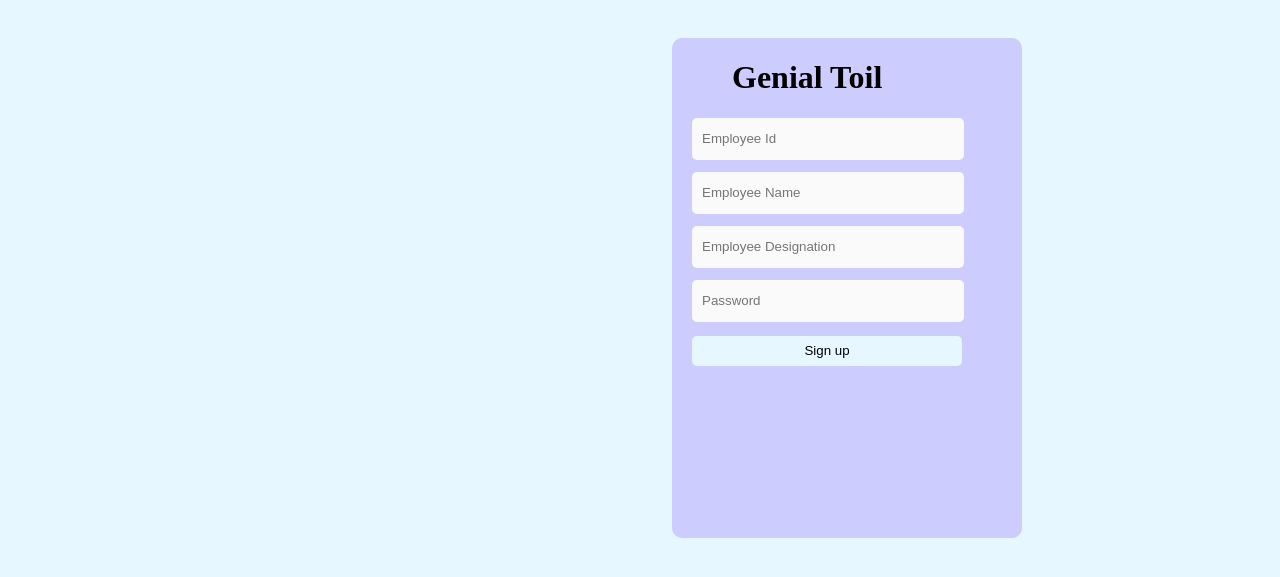
Repository: robin9533/Basic-Programs-App.
Page: GW-Genial Work Proj/GT_GenialToil/WebContent/EmployeeSignup.html
An editor plug-in stored every save of this project. The page is shown before and after the next save, followed by the edit.
The browser window is 1280 px wide. The pictures show the whole page.

Above is the page before, as saved 2019-05-10 10:07:03.

After the next save:
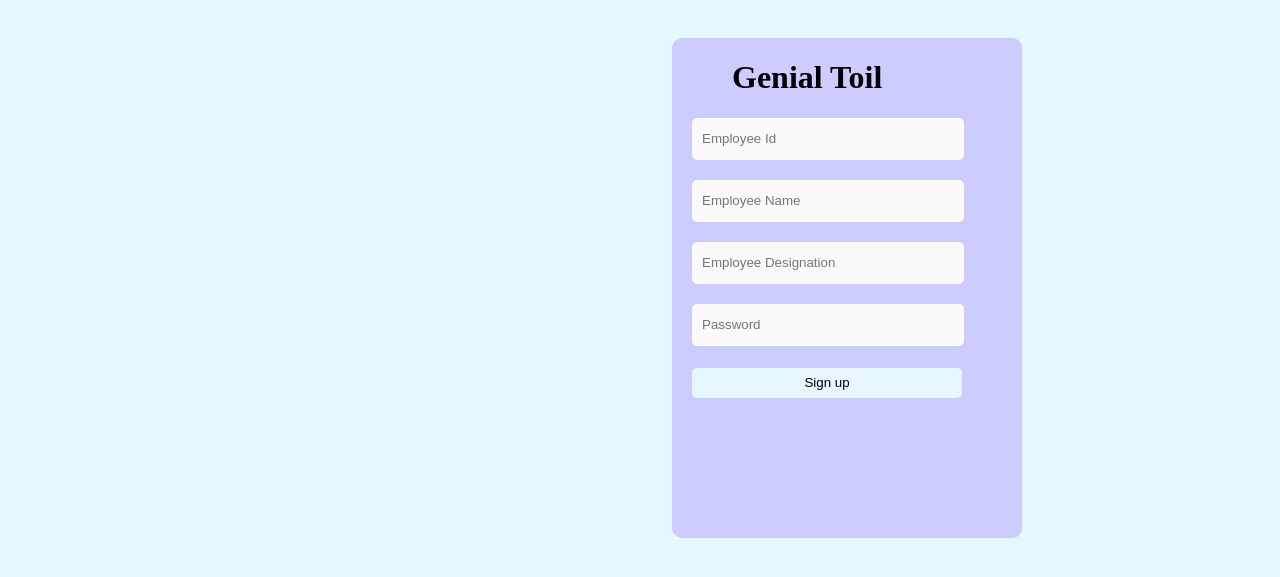
Saved 7 s later.
--- a/GW-Genial Work Proj/GT_GenialToil/WebContent/EmployeeSignup.css
+++ b/GW-Genial Work Proj/GT_GenialToil/WebContent/EmployeeSignup.css
@@ -17,7 +17,7 @@
 .registrationblock input{
 	width: 260px;
 	height:40px;
-	margin-bottom:12px;
+	margin-bottom:20px;
 	margin-left:20px;
 	background: #fafafa;
 	border: none;

After the save that followed:
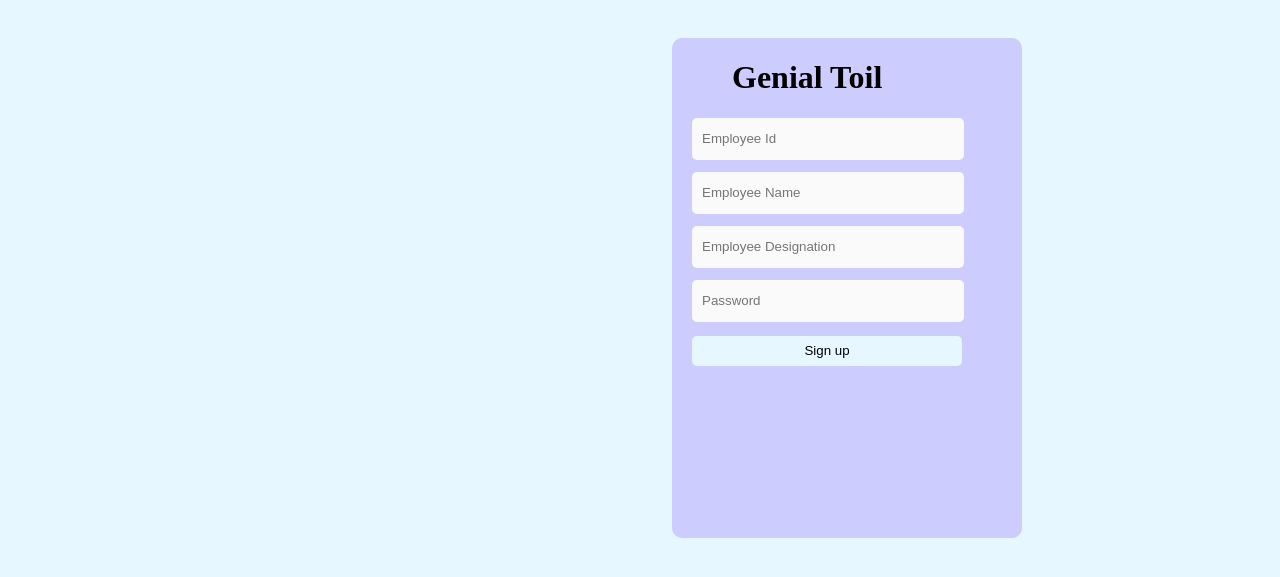
Saved 9 s later.
--- a/GW-Genial Work Proj/GT_GenialToil/WebContent/EmployeeSignup.css
+++ b/GW-Genial Work Proj/GT_GenialToil/WebContent/EmployeeSignup.css
@@ -17,7 +17,7 @@
 .registrationblock input{
 	width: 260px;
 	height:40px;
-	margin-bottom:20px;
+	margin-bottom:12px;
 	margin-left:20px;
 	background: #fafafa;
 	border: none;
